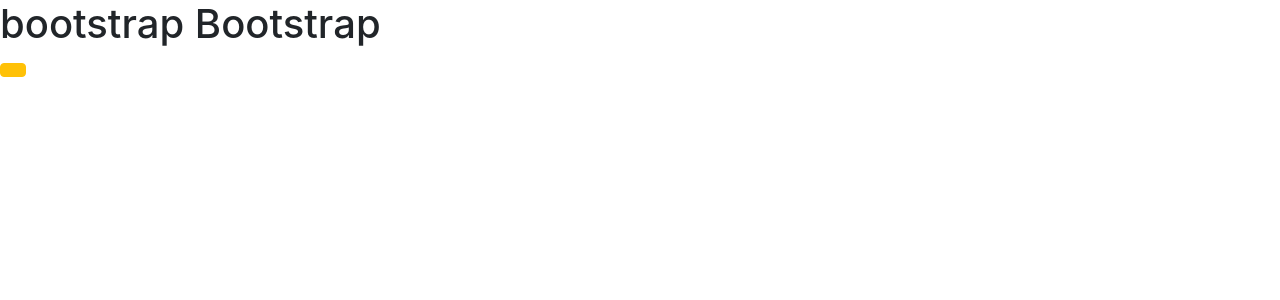
Repository: Mietlicha/exercise2
Page: index.html
An editor plug-in stored every save of this project. The page is shown before and after the next save, followed by the edit.
The browser window is 1280 px wide. The pictures show the whole page.

Above is the page before, as saved 2019-10-22 16:45:07.

After the next save:
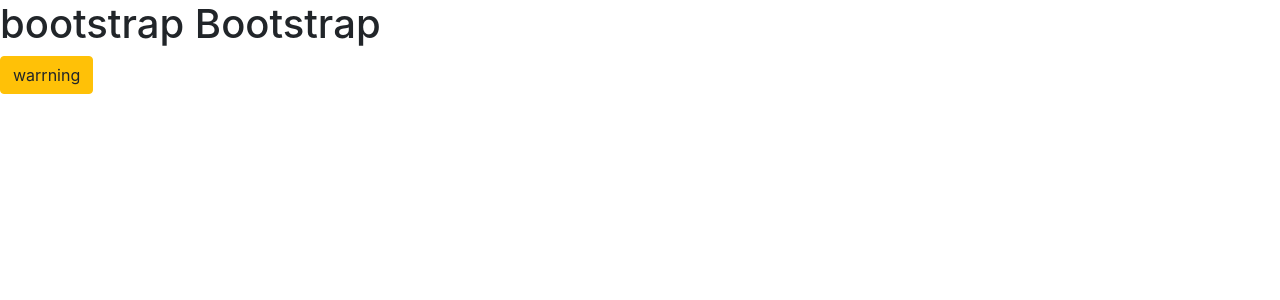
Saved 12 s later.
--- a/index.html
+++ b/index.html
@@ -10,6 +10,6 @@
 </head>
 <body>
     <h1>bootstrap Bootstrap</h1>
-    <button class="btn btn-warning"></button>
+    <button class="btn btn-warning">warrning</button>
 </body>
 </html>
